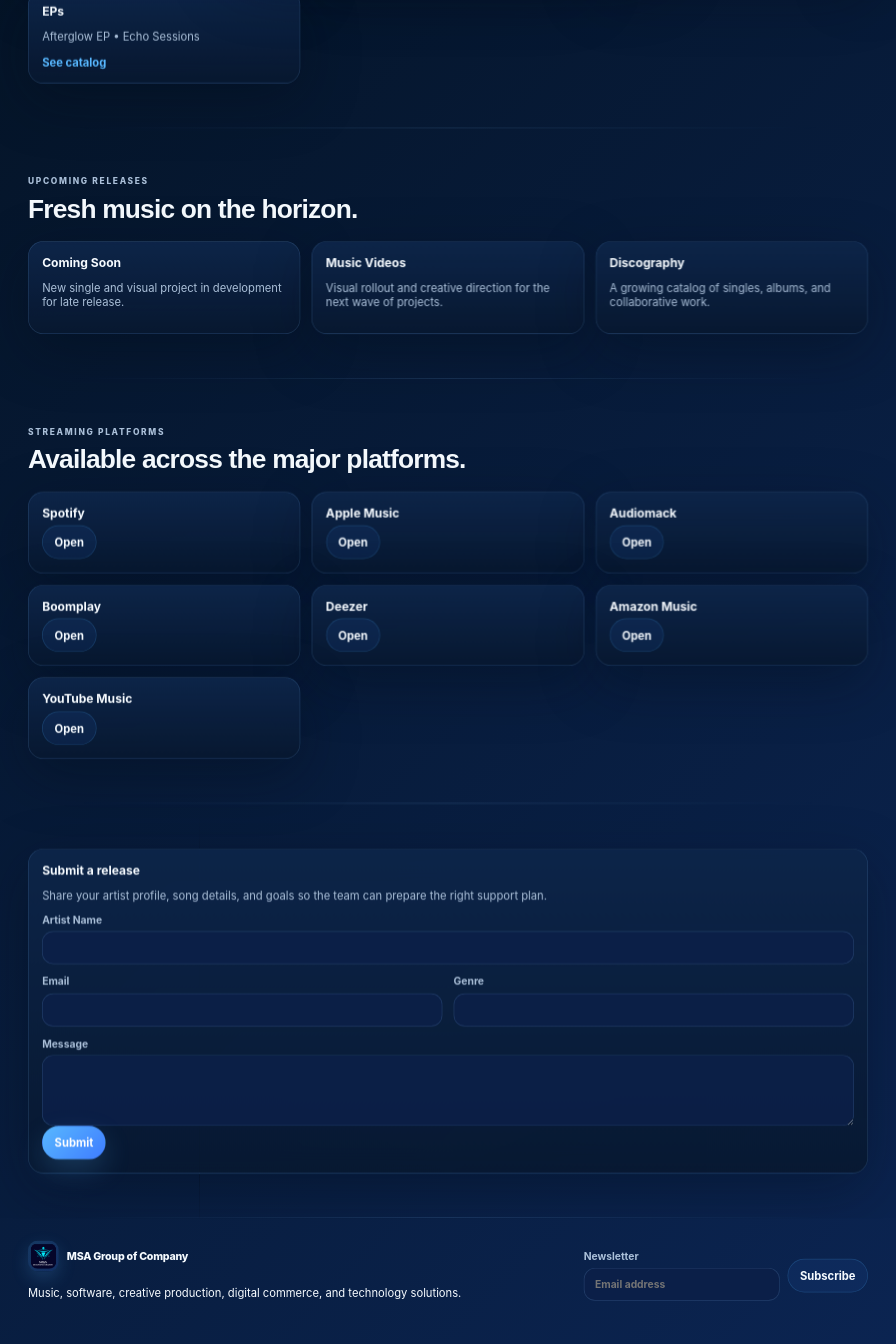
Repository: wifiasert/MSA-Group-of-Company
Page: music/index.html
These files come from the project's save history. The page is drawn as it stood at one moment and after the next save; the edit follows.
The browser window is 1280 px wide. The pictures show the part of the page from y = 746 to 2666 px (the page is 2666 px tall before and 2285 px after), at 70% of full size.

Above is the page before, as saved 2026-07-18 03:55:47.

### music/index.html
<!doctype html>
<html lang="en">
<head>
  <meta charset="utf-8">
  <meta name="viewport" content="width=device-width, initial-scale=1">
  <title>MSA Group of Company | Music</title>
  <meta name="robots" content="index, follow">
  <meta name="keywords" content="software company, digital agency, AI solutions, web development, mobile app development, automation, branding, music production, Ghana software company, global software company">
  <link rel="canonical" href="https://msagroupofcompanies.online/music/">
  <link rel="shortlink" href="https://msagroupofcompanies.online/music/">
  <meta property="og:locale" content="en_US">
  <meta property="og:site_name" content="MSA Group of Company">
  <meta property="og:type" content="website">
  <meta property="og:title" content="MSA Group of Company | Music">
  <meta property="og:description" content="Discover MSA Group of Company music services covering label operations, distribution, publishing, and artist support.">
  <meta property="og:url" content="https://msagroupofcompanies.online/music/">
  <meta property="og:image" content="https://msagroupofcompanies.online/assets/og-preview.svg">
  <meta property="og:image:alt" content="MSA Group of Company digital services and creative technology">
  <meta name="twitter:card" content="summary_large_image">
  <meta name="twitter:title" content="MSA Group of Company | Music">
  <meta name="twitter:description" content="Discover MSA Group of Company music services covering label operations, distribution, publishing, and artist support.">
  <meta name="twitter:image" content="https://msagroupofcompanies.online/assets/og-preview.svg">
  <meta name="author" content="MSA Group of Company">
  <meta name="publisher" content="MSA Group of Company">
  <link rel="apple-touch-icon" href="https://msagroupofcompanies.online/assets/favicon.svg">
  <link rel="manifest" href="../manifest.webmanifest">

  <meta name="description" content="Discover MSA Group of Company music services covering label operations, distribution, publishing, and artist support.">
  <meta name="theme-color" content="#060816">
  <link rel="icon" href="../assets/favicon.svg" type="image/svg+xml">
  <link rel="stylesheet" href="../styles.css">
  <script type="application/ld+json">
{
  "@context": "https://schema.org",
  "@graph": [
    {
      "@type": [
        "Organization",
        "ProfessionalService",
        "LocalBusiness"
      ],
      "@id": "https://msagroupofcompanies.online/#organization",
      "name": "MSA Group of Company",
      "url": "https://msagroupofcompanies.online/",
      "logo": "https://msagroupofcompanies.online/assets/favicon.svg",
      "sameAs": [
        "https://www.linkedin.com/",
        "https://www.instagram.com/",
        "https://www.youtube.com/",
        "https://www.tiktok.com/",
        "https://twitter.com/"
      ],
      "description": "MSA Group of Company delivers music, software, creative production, branding, and technology solutions for artists, startups, and businesses worldwide.",
      "contactPoint": [
        {
          "@type": "ContactPoint",
          "contactType": "customer support",
          "email": "hello@msa.company",
          "areaServed": [
            "GH",
            "US",
            "GB",
            "CA"
          ],
          "availableLanguage": [
            "English"
          ]
        }
      ],
      "address": {
        "@type": "PostalAddress",
        "addressCountry": "GH",
        "addressLocality": "Accra",
        "addressRegion": "Greater Accra"
      }
    },
    {
      "@type": "WebSite",
      "@id": "https://msagroupofcompanies.online/#website",
      "url": "https://msagroupofcompanies.online/",
      "name": "MSA Group of Company",
      "publisher": {
        "@id": "https://msagroupofcompanies.online/#organization"
      }
    },
    {
      "@type": "WebPage",
      "@id": "https://msagroupofcompanies.online/music/#webpage",
      "url": "https://msagroupofcompanies.online/music/",
      "name": "MSA Group of Company | Music",
      "description": "Discover MSA Group of Company music services covering label operations, distribution, publishing, and artist support.",
      "inLanguage": "en",
      "isPartOf": {
        "@id": "https://msagroupofcompanies.online/#website"
      },
      "breadcrumb": {
        "@id": "https://msagroupofcompanies.online/music/#breadcrumb"
      }
    },
    {
      "@type": "BreadcrumbList",
      "@id": "https://msagroupofcompanies.online/music/#breadcrumb",
      "itemListElement": [
        {
          "@type": "ListItem",
          "position": 1,
          "name": "Home",
          "item": "https://msagroupofcompanies.online/"
        },
        {
          "@type": "ListItem",
          "position": 2,
          "name": "Music",
          "item": "https://msagroupofcompanies.online/music"
        }
      ]
    },
    {
      "@type": "OfferCatalog",
      "name": "MSA Group of Company services",
      "itemListElement": [
        {
          "@type": "OfferCatalog",
          "name": "Website Development",
          "itemListElement": [
            {
              "@type": "Offer",
              "itemOffered": {
                "@type": "Service",
                "name": "Website Development"
              }
            }
          ]
        },
        {
          "@type": "OfferCatalog",
          "name": "Brand Identity",
          "itemListElement": [
            {
              "@type": "Offer",
              "itemOffered": {
                "@type": "Service",
                "name": "Brand Identity"
              }
            }
          ]
        },
        {
          "@type": "OfferCatalog",
          "name": "Music Production",
          "itemListElement": [
            {
              "@type": "Offer",
              "itemOffered": {
                "@type": "Service",
                "name": "Music Production"
              }
            }
          ]
        },
        {
          "@type": "OfferCatalog",
          "name": "Software Development",
          "itemListElement": [
            {
              "@type": "Offer",
              "itemOffered": {
                "@type": "Service",
                "name": "Software Development"
              }
            }
          ]
        },
        {
          "@type": "OfferCatalog",
          "name": "Digital Marketing",
          "itemListElement": [
            {
              "@type": "Offer",
              "itemOffered": {
                "@type": "Service",
                "name": "Digital Marketing"
              }
            }
          ]
        },
        {
          "@type": "OfferCatalog",
          "name": "Technology Solutions",
          "itemListElement": [
            {
              "@type": "Offer",
              "itemOffered": {
                "@type": "Service",
                "name": "Technology Solutions"
              }
            }
          ]
        },
        {
          "@type": "OfferCatalog",
          "name": "Music Distribution",
          "itemListElement": [
            {
              "@type": "Offer",
              "itemOffered": {
                "@type": "Service",
                "name": "Music Distribution"
              }
            }
          ]
        },
        {
          "@type": "OfferCatalog",
          "name": "Publishing Services",
          "itemListElement": [
            {
              "@type": "Offer",
              "itemOffered": {
                "@type": "Service",
                "name": "Publishing Services"
              }
            }
          ]
        },
        {
          "@type": "OfferCatalog",
          "name": "Artist Services",
          "itemListElement": [
            {
              "@type": "Offer",
              "itemOffered": {
                "@type": "Service",
                "name": "Artist Services"
              }
            }
          ]
        },
        {
          "@type": "OfferCatalog",
          "name": "Record Label Services",
          "itemListElement": [
            {
              "@type": "Offer",
              "itemOffered": {
                "@type": "Service",
                "name": "Record Label Services"
              }
            }
          ]
        },
        {
          "@type": "OfferCatalog",
          "name": "Software Store",
          "itemListElement": [
            {
              "@type": "Offer",
              "itemOffered": {
                "@type": "Service",
                "name": "Software Store"
              }
            }
          ]
        },
        {
          "@type": "OfferCatalog",
          "name": "App Development",
          "itemListElement": [
            {
              "@type": "Offer",
              "itemOffered": {
                "@type": "Service",
                "name": "App Development"
              }
            }
          ]
        },
        {
          "@type": "OfferCatalog",
          "name": "Business Automation",
          "itemListElement": [
            {
              "@type": "Offer",
              "itemOffered": {
                "@type": "Service",
                "name": "Business Automation"
              }
            }
          ]
        }
      ]
    }
  ]
}
  </script>
</head>
<body>
  <div class="loader" id="loader"><span>MSA</span></div>
  <a class="skip-link" href="#main">Skip to content</a>
  <header class="site-header">
    <nav class="nav-shell" aria-label="Primary navigation">
      <a class="brand" href="../" aria-label="MSA Group of Company home"><img class="brand-logo" src="../images/logo%20n%20copy.jpg" alt="MSA Group of Company logo"><span class="brand-text">MSA Group of Company</span></a>
      <button class="icon-button nav-toggle" type="button" aria-label="Open navigation" aria-expanded="false">☰</button>
      <div class="nav-links" id="navLinks">
        <div class="nav-item"><a href="../about/">About</a></div>
        <div class="nav-item"><a href="../music/">Music</a><div class="submenu"><a href="../music/record-label/">Record Label</a><a href="../music/distribution/">Distribution</a><a href="../music/publishing/">Publishing</a><a href="../music/artist-services/">Artist Services</a></div></div>
        <div class="nav-item"><a href="../software/">Software</a><div class="submenu"><a href="../software/available/">Available</a><a href="../software/store/">Store</a><a href="../software/coming-soon/">Coming Soon</a></div></div>
        <div class="nav-item"><a href="../services/">Services</a></div>
        <div class="nav-item"><a href="../store/">Store</a></div>
        <div class="nav-item"><a href="../portfolio/">Portfolio</a></div>
        <div class="nav-item"><a href="../blog/">Blog</a></div>
        <div class="nav-item"><a href="../support/">Support</a></div>
        <div class="nav-item"><a href="../contact/">Contact</a></div>
      </div>
      <div class="nav-actions"><button class="icon-button" id="searchOpen" type="button" aria-label="Open search">⌕</button><button class="icon-button" id="themeToggle" type="button" aria-label="Toggle theme">◐</button></div>
    </nav>
  </header>
  <main id="main">
    <section class="page-hero reveal">
      <div class="hero-content">
        <p class="eyebrow">MSA Group of Company</p>
        <h1>A modern label and creative music platform.</h1>
        <p class="hero-copy">Our music division brings together release strategy, catalog management, songwriting support, audio production, promotion, and artist development.</p>
        <div class="hero-actions"><a class="primary-button" href="../contact/">Submit music</a><a class="secondary-button" href="../music/artist-services/">Artist services</a></div>
      </div>
    </section>
    <section class="section reveal">
      <div class="card-grid">
        <article class="glass-card"><h3>Latest Release</h3><p>Midnight Pulse — a cinematic single with layered textures and strong modern production.</p><a class="inline-link" href="../music/record-label/">View release</a></article>
        <article class="glass-card"><h3>Singles</h3><p>Midnight Pulse • Aurora Drift • Night Circuit</p><a class="inline-link" href="../music/distribution/">Explore singles</a></article>
        <article class="glass-card"><h3>Albums</h3><p>Future Static • City of Light</p><a class="inline-link" href="../music/publishing/">Browse albums</a></article>
        <article class="glass-card"><h3>EPs</h3><p>Afterglow EP • Echo Sessions</p><a class="inline-link" href="../music/artist-services/">See catalog</a></article>
      </div>
    </section>
    <section class="section reveal">
      <div class="section-heading"><p class="eyebrow">Upcoming releases</p><h2>Fresh music on the horizon.</h2></div>
      <div class="card-grid">
        <article class="glass-card"><h3>Coming Soon</h3><p>New single and visual project in development for late release.</p></article>
        <article class="glass-card"><h3>Music Videos</h3><p>Visual rollout and creative direction for the next wave of projects.</p></article>
        <article class="glass-card"><h3>Discography</h3><p>A growing catalog of singles, albums, and collaborative work.</p></article>
      </div>
    </section>
    <section class="section reveal">
      <div class="section-heading"><p class="eyebrow">Streaming platforms</p><h2>Available across the major platforms.</h2></div>
      <div class="card-grid">
        <article class="glass-card"><h3>Spotify</h3><a class="secondary-button" href="../contact/">Open</a></article>
        <article class="glass-card"><h3>Apple Music</h3><a class="secondary-button" href="../contact/">Open</a></article>
        <article class="glass-card"><h3>Audiomack</h3><a class="secondary-button" href="../contact/">Open</a></article>
        <article class="glass-card"><h3>Boomplay</h3><a class="secondary-button" href="../contact/">Open</a></article>
        <article class="glass-card"><h3>Deezer</h3><a class="secondary-button" href="../contact/">Open</a></article>
        <article class="glass-card"><h3>Amazon Music</h3><a class="secondary-button" href="../contact/">Open</a></article>
        <article class="glass-card"><h3>YouTube Music</h3><a class="secondary-button" href="../contact/">Open</a></article>
      </div>
    </section>
    <section class="section reveal"><div class="form-card"><h3>Submit a release</h3><p>Share your artist profile, song details, and goals so the team can prepare the right support plan.</p><form data-form="music"><div class="form-grid"><label class="full">Artist Name<input required name="artist"></label><label>Email<input required type="email" name="email"></label><label>Genre<input name="genre"></label><label class="full">Message<textarea rows="4" name="message"></textarea></label></div><button class="primary-button" type="submit">Submit</button></form></div></section>
  </main>
  <footer class="site-footer"><div><a class="brand" href="../" aria-label="MSA Group of Company home"><img class="brand-logo" src="../images/logo%20n%20copy.jpg" alt="MSA Group of Company logo"><span class="brand-text">MSA Group of Company</span></a><p>Music, software, creative production, digital commerce, and technology solutions.</p></div><form class="newsletter" data-form="newsletter"><label>Newsletter<input required type="email" placeholder="Email address"></label><button class="secondary-button" type="submit">Subscribe</button></form></footer>
  <dialog class="modal" id="searchModal"><button class="icon-button close-modal" data-close type="button">×</button><h2>Search MSA Group of Company</h2><input id="siteSearch" placeholder="Search services, products, support, blog..."><div id="searchResults" class="search-results"></div></dialog>
  <div class="chatbot" id="chatbot"><button class="chat-toggle" id="chatToggle" type="button">AI</button><div class="chat-window" aria-live="polite"><strong>MSA AI Support</strong><div id="chatLog"><p>Ask about software, music submissions, orders, or services.</p></div><form id="chatForm"><input id="chatInput" placeholder="Type a question..."><button type="submit">Send</button></form></div></div>
  <div class="cookie" id="cookieBanner"><p>MSA Group of Company uses cookies for analytics, preferences, and better shopping experiences.</p><button class="secondary-button" id="cookieAccept" type="button">Accept</button></div>
  <div class="toast" id="toast" role="status" aria-live="polite"></div>
  <script src="../app.js"></script>
</body>
</html>

Loaded but not shown: app.js (337 lines, source omitted); styles.css (433 lines, source omitted)

After the next save:
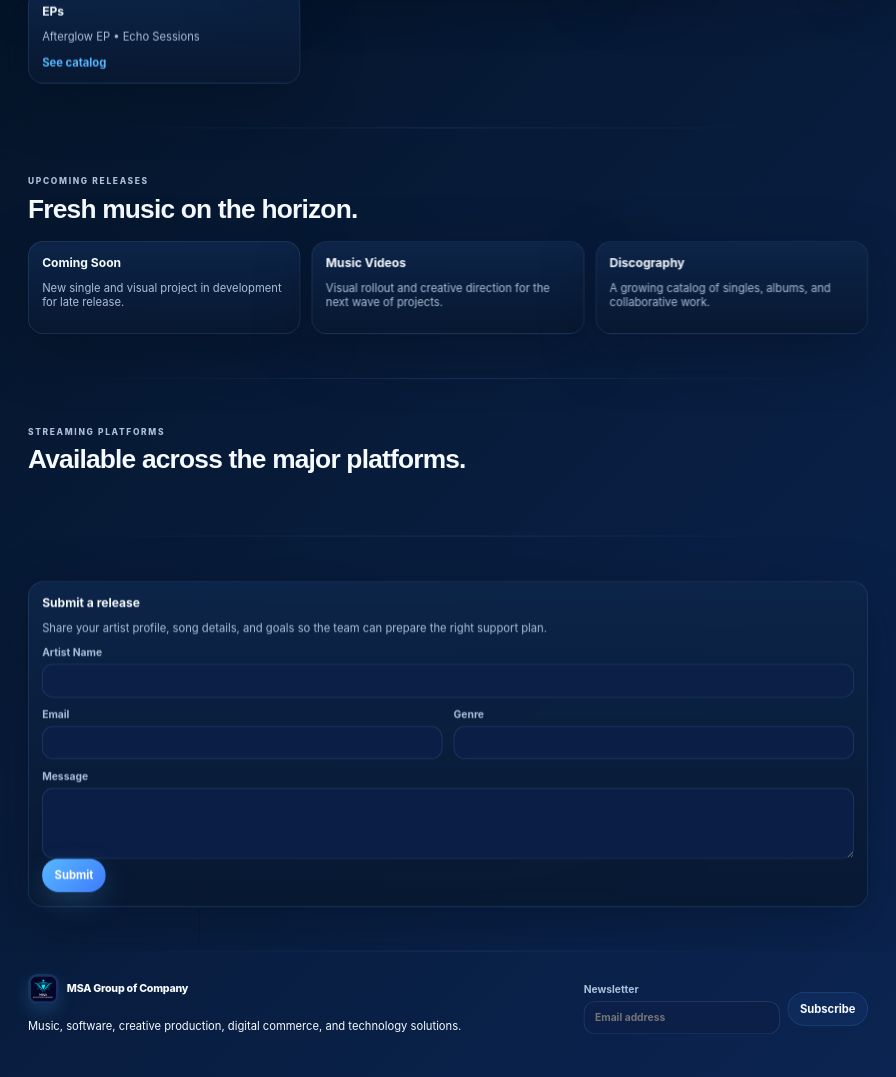
Saved 8 min 26 s later.
--- a/music/index.html
+++ b/music/index.html
@@ -249,19 +249,7 @@
             }
           ]
         },
-        {
-          "@type": "OfferCatalog",
-          "name": "Software Store",
-          "itemListElement": [
-            {
-              "@type": "Offer",
-              "itemOffered": {
-                "@type": "Service",
-                "name": "Software Store"
-              }
-            }
-          ]
-        },
+
         {
           "@type": "OfferCatalog",
           "name": "App Development",
@@ -304,7 +292,7 @@
       <div class="nav-links" id="navLinks">
         <div class="nav-item"><a href="../about/">About</a></div>
         <div class="nav-item"><a href="../music/">Music</a><div class="submenu"><a href="../music/record-label/">Record Label</a><a href="../music/distribution/">Distribution</a><a href="../music/publishing/">Publishing</a><a href="../music/artist-services/">Artist Services</a></div></div>
-        <div class="nav-item"><a href="../software/">Software</a><div class="submenu"><a href="../software/available/">Available</a><a href="../software/store/">Store</a><a href="../software/coming-soon/">Coming Soon</a></div></div>
+        <div class="nav-item"><a href="../software/">Software</a><div class="submenu"><a href="../software/available/">Available</a><a href="../software/coming-soon/">Coming Soon</a></div></div>
         <div class="nav-item"><a href="../services/">Services</a></div>
         <div class="nav-item"><a href="../store/">Store</a></div>
         <div class="nav-item"><a href="../portfolio/">Portfolio</a></div>
@@ -342,15 +330,7 @@
     </section>
     <section class="section reveal">
       <div class="section-heading"><p class="eyebrow">Streaming platforms</p><h2>Available across the major platforms.</h2></div>
-      <div class="card-grid">
-        <article class="glass-card"><h3>Spotify</h3><a class="secondary-button" href="../contact/">Open</a></article>
-        <article class="glass-card"><h3>Apple Music</h3><a class="secondary-button" href="../contact/">Open</a></article>
-        <article class="glass-card"><h3>Audiomack</h3><a class="secondary-button" href="../contact/">Open</a></article>
-        <article class="glass-card"><h3>Boomplay</h3><a class="secondary-button" href="../contact/">Open</a></article>
-        <article class="glass-card"><h3>Deezer</h3><a class="secondary-button" href="../contact/">Open</a></article>
-        <article class="glass-card"><h3>Amazon Music</h3><a class="secondary-button" href="../contact/">Open</a></article>
-        <article class="glass-card"><h3>YouTube Music</h3><a class="secondary-button" href="../contact/">Open</a></article>
-      </div>
+
     </section>
     <section class="section reveal"><div class="form-card"><h3>Submit a release</h3><p>Share your artist profile, song details, and goals so the team can prepare the right support plan.</p><form data-form="music"><div class="form-grid"><label class="full">Artist Name<input required name="artist"></label><label>Email<input required type="email" name="email"></label><label>Genre<input name="genre"></label><label class="full">Message<textarea rows="4" name="message"></textarea></label></div><button class="primary-button" type="submit">Submit</button></form></div></section>
   </main>
